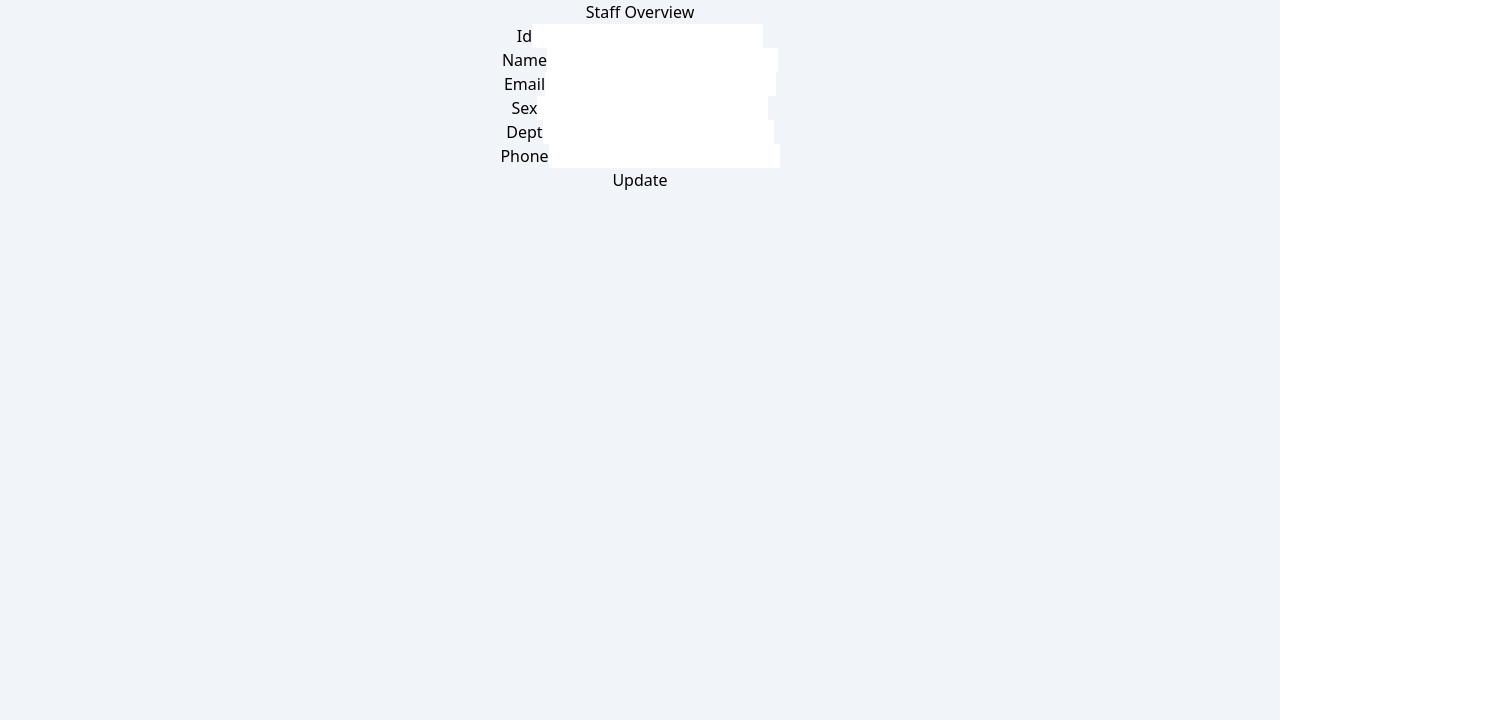
Repository: Semanmernstack/crud
Page: /employee/create
An editor plug-in stored every save of this project. The page is shown before and after the next save, followed by the edit.
The browser window is 1280 px wide. The page is 1280 px wide, then 1489 px, so the pictures cover 1489 px, including what lies to the right of the window. The pictures show the whole page.
The project was rebuilt for these pictures with package versions that can differ from the ones it lists, and the page was loaded fresh each time. Also part of the build but not shown: src/List.js, src/Details.js, src/Edit.js.

Above is the page before, as saved 2022-12-24 01:28:22.

### src/App.js
import List from "./List";
import {
  BrowserRouter,
  Routes,
  Route,

} from "react-router-dom";
import Details from "./Details";
import Create from "./Create";
import Edit from "./Edit";



function App() {
  return (
    <div className="bg-slate-100 h-screen">
      <BrowserRouter>

      <Routes>
        <Route path="/" element={<List/>}> </Route>
        <Route path="/employee/create" element={<Create/>}> </Route>
        <Route path="/employee/details/:empid" element={<Details/>}> </Route>
        <Route path="/employee/edit/:empid" element={<Edit/>}> </Route>
      </Routes>
      </BrowserRouter>

    </div>
  );
}

export default App;

### src/Create.js
import React from 'react'

function Create() {
  return (
    <div className="flex flex-col justify-center text-center">
        <div>
            <p>Staff Overview</p>
        </div>
        <form >
          <div className="gap-2">
            <div>
              <span>Id</span>
              <input type="text" />
            </div>
            <div>
              <span>Name</span>
              <input type="text" required />
            </div>
            <div>
              <span>Email</span>
              <input type="email" />
            </div>
            <div>
              <span>Sex</span>
              <input type="text" />
            </div>
            <div>
              <span>Dept</span>
              <input type="text" />
            </div>
            <div>
              <span>Phone</span>
              <input type="number" />
            </div>
            <button>Update</button>
          </div>
        </form>
    </div>
  )
}

export default Create

Loaded but not shown: public/index.html (common file); src/index.js (common file); src/index.css (common file); src/reportWebVitals.js (common file); tailwind.config.js (common file)

After the next save:
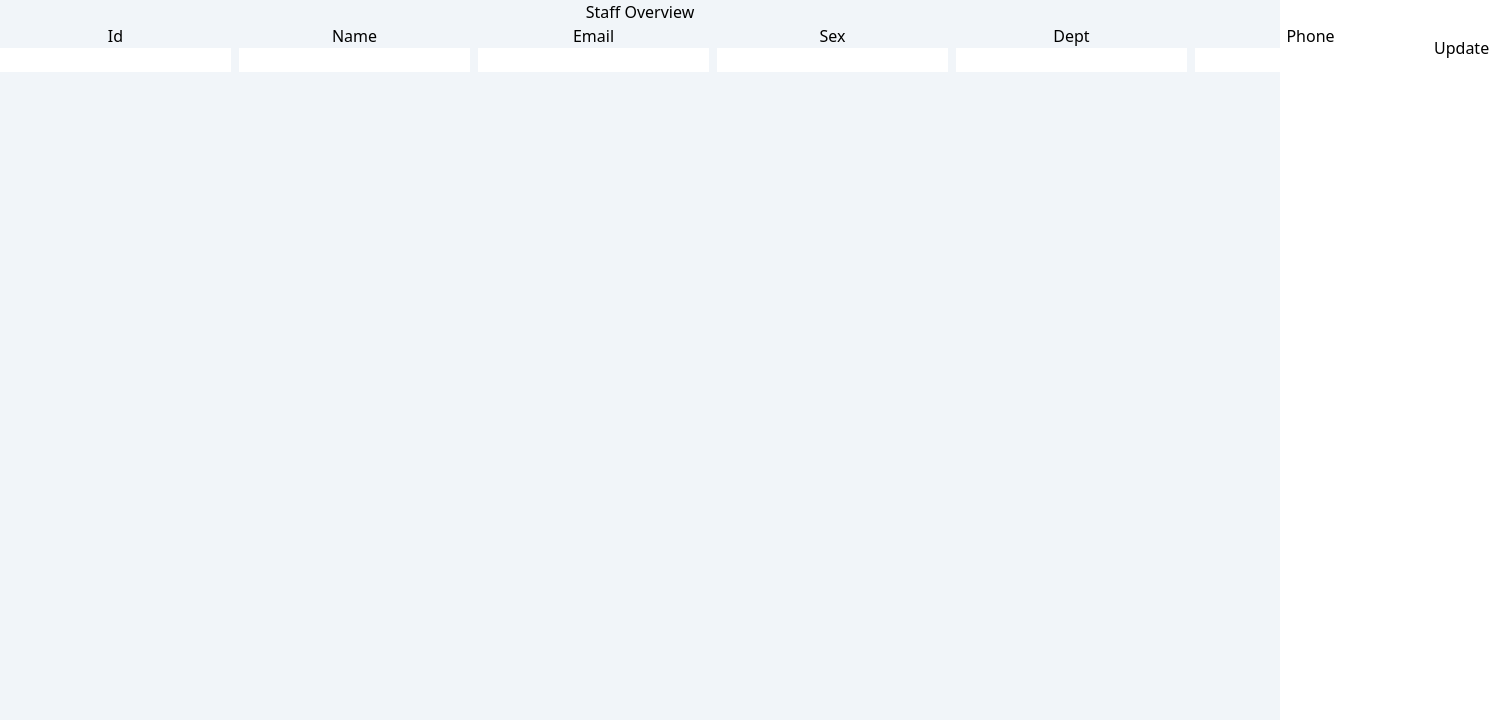
Saved 17 s later.
--- a/src/Create.js
+++ b/src/Create.js
@@ -7,7 +7,7 @@ function Create() {
             <p>Staff Overview</p>
         </div>
         <form >
-          <div className="gap-2">
+          <div className="flex gap-2">
             <div>
               <span>Id</span>
               <input type="text" />
